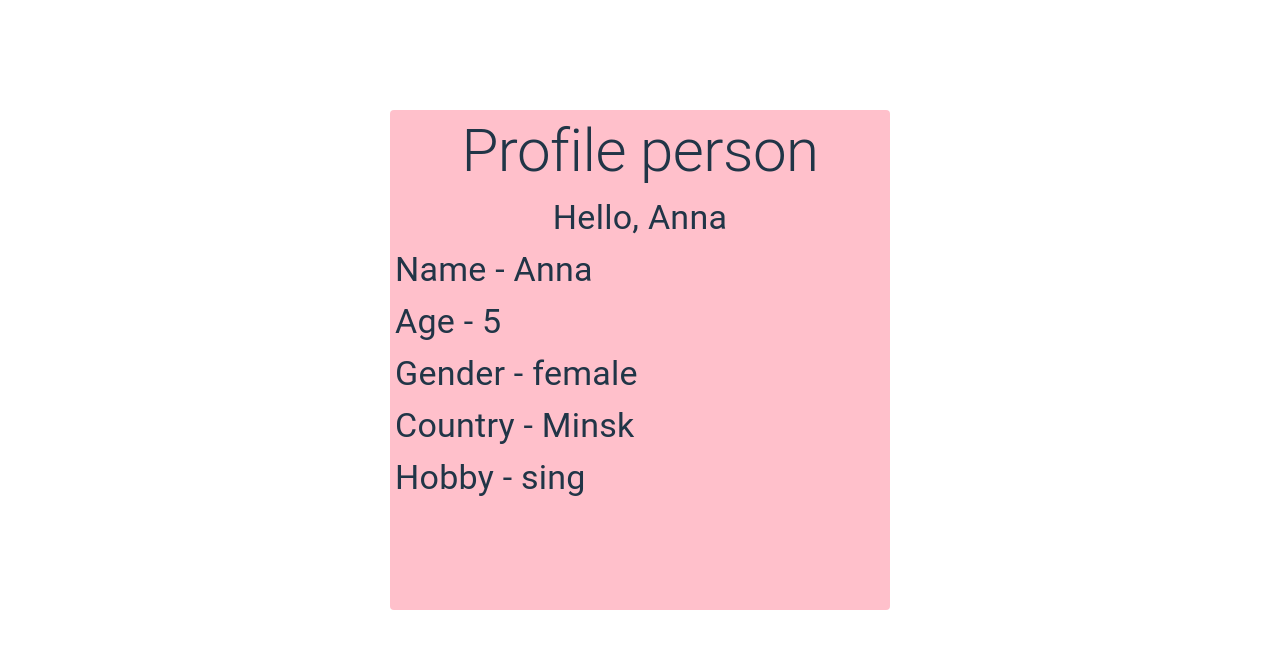
Repository: savannaaaas/props
Page: /
An editor plug-in stored every save of this project. The page is shown before and after the next save, followed by the edit.
The browser window is 1280 px wide. The pictures show the whole page.
The project was rebuilt for these pictures with package versions that can differ from the ones it lists, and the page was loaded fresh each time. Also part of the build but not shown: vite.config.js.

Above is the page before, as saved 2025-07-08 00:01:00.

After the next save:
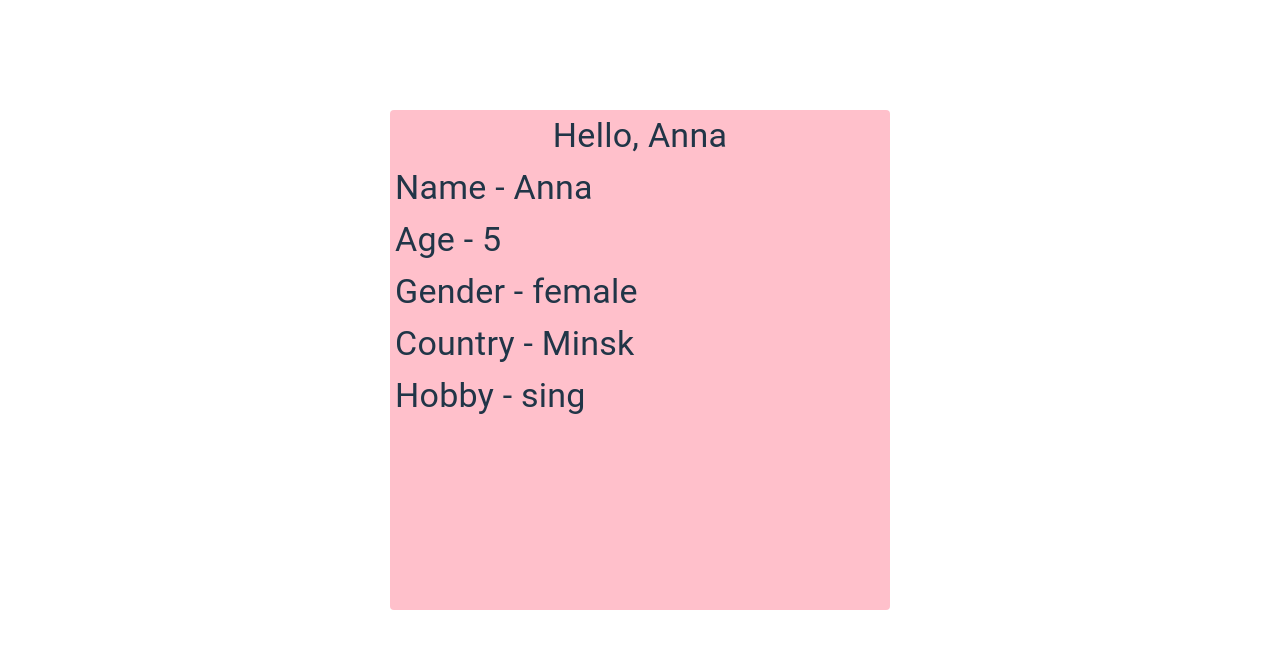
Saved 10 s later.
--- a/src/components/Person1.jsx
+++ b/src/components/Person1.jsx
@@ -2,9 +2,6 @@ import Typography from "@mui/material/Typography";
 export const Person1 = ({ name, age, men, obj, sayHello, hobbies }) => {
   return (
     <>
-      <Typography variant="h2" align="center" style={{ padding: "5px" }}>
-        Profile person
-      </Typography>
       <Typography variant="h4" align="center" style={{ padding: "5px" }}>
         {sayHello(name)}
       </Typography>
